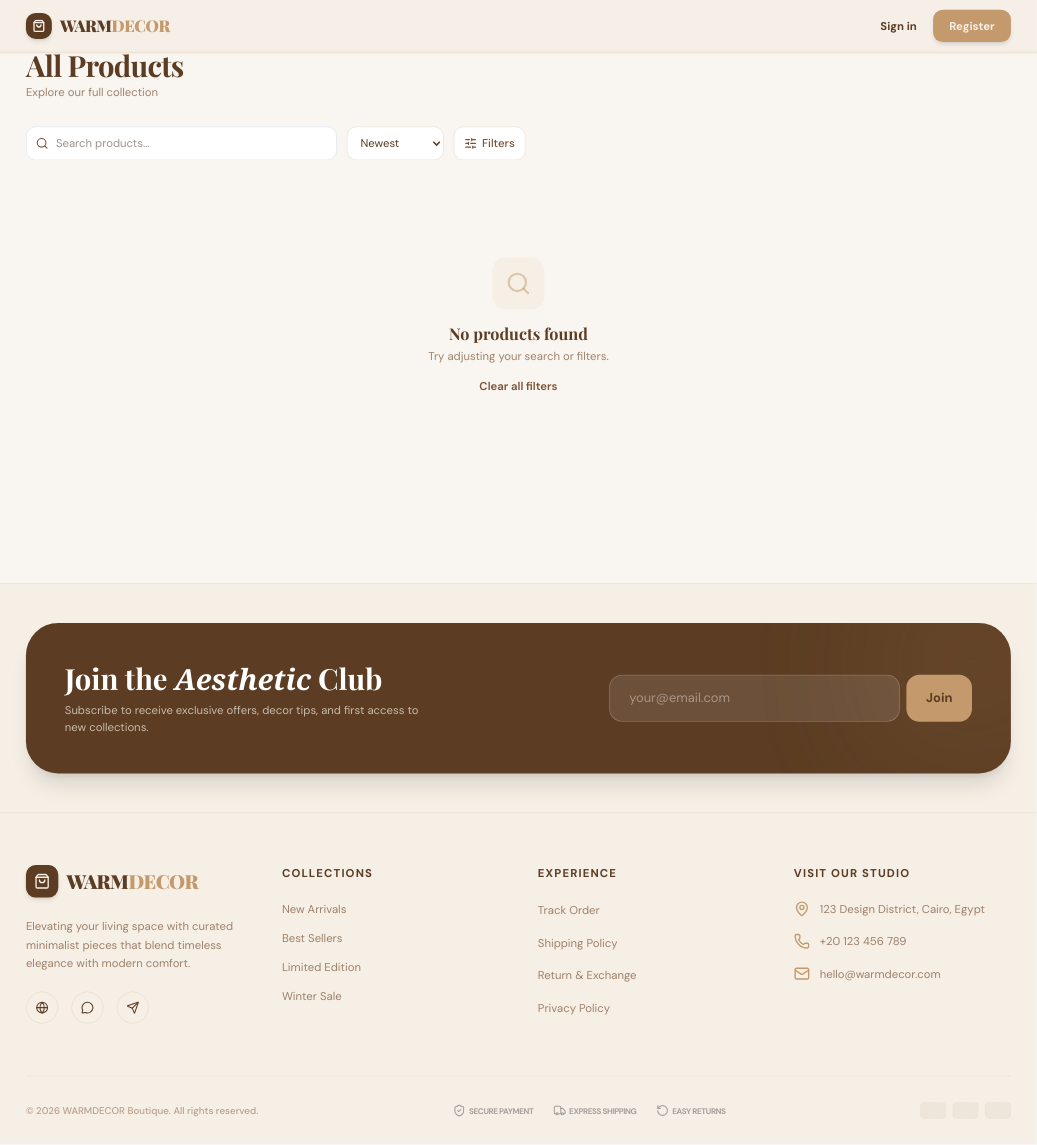
Repository: aml-abdelrhman/WARMDECOR
Page: /products
An editor plug-in stored every save of this project. The page is shown before and after the next save, followed by the edit.
The browser window is 1280 px wide. The pictures show the whole page, at 81% of full size.
The page's requests for data from a server got no answer. Some web fonts or font styles are not loaded; a fallback is used. The project was rebuilt for these pictures with package versions that can differ from the ones it lists, and the page was loaded fresh each time. Some packages were replaced by stand-ins written for this rebuild. The framework's server and built-in components were replaced by stand-ins that run in the browser. No one was signed in, and anything a server would have sent is missing. Also part of the build but not shown: next.config.mjs, src/components/ui/ProductCard.tsx.

Above is the page before, as saved 2026-04-23 20:34:18.

### src/app/layout.tsx
import type { Metadata } from "next";
import { Playfair_Display, DM_Sans, JetBrains_Mono } from "next/font/google";
import { Toaster } from "react-hot-toast";

import Providers from "@/components/Providers";
import Navbar from "@/components/layout/Navbar";
import Footer from "@/components/layout/Footer";
import "./globals.css";

// ─── Fonts ────────────────────────────────────────────────────────────────────

const displayFont = Playfair_Display({
  subsets:  ["latin"],
  variable: "--font-display",
  display:  "swap",
});

const bodyFont = DM_Sans({
  subsets:  ["latin"],
  variable: "--font-body",
  display:  "swap",
});

const monoFont = JetBrains_Mono({
  subsets:  ["latin"],
  variable: "--font-mono",
  display:  "swap",
  weight:   ["400", "600"],
});

// ─── Metadata ─────────────────────────────────────────────────────────────────

export const metadata: Metadata = {
  title: {
    default:  "WARMDECOR — Curated Minimalist Living",
    template: "%s | WARMDECOR",
  },
  description:
    "Elevating your living space with curated minimalist pieces that blend timeless elegance with modern comfort.",
  keywords: ["decor", "interior design", "minimalist", "egypt", "furniture"],
  authors:  [{ name: "WARMDECOR Team" }],
  icons:    { icon: "/favicon.ico" },
  openGraph: {
    type:        "website",
    siteName:    "WARMDECOR",
    title:       "WARMDECOR — Curated Minimalist Living",
    description: "Your one-stop destination for everything you love.",
  },
};

// ─── Layout ───────────────────────────────────────────────────────────────────

export default function RootLayout({
  children,
}: {
  children: React.ReactNode;
}) {
  return (
    <html
      lang="en"
      className={`${displayFont.variable} ${bodyFont.variable} ${monoFont.variable} overflow-x-hidden`}
      suppressHydrationWarning={true}
    >
      <body className="font-body bg-surface-secondary text-ink antialiased min-h-screen overflow-x-hidden" suppressHydrationWarning={true}>
        <Providers>
          <Navbar />
          <main className="min-h-[70vh]">
          {children}
          </main>
          <Footer />
        </Providers>

        <Toaster
          position="top-right"
          gutter={8}
          toastOptions={{
            duration: 3000,
            style: {
              background:   "#5C3D23",
              color:        "#f8fafc",
              borderRadius: "12px",
              fontSize:     "13px",
              fontWeight:   "500",
              padding:      "10px 14px",
              boxShadow:    "0 8px 32px 0 rgb(0 0 0 / 0.20)",
            },
            success: {
              iconTheme: { primary: "#16a34a", secondary: "#f8fafc" },
            },
            error: {
              iconTheme: { primary: "#dc2626", secondary: "#f8fafc" },
            },
          }}
        />
      </body>
    </html>
  );
}

### src/app/products/page.tsx
"use client";
import { useState, useCallback, useEffect, useMemo, Suspense } from "react";
import { useQuery } from "@tanstack/react-query";
import { useSearchParams, useRouter } from "next/navigation";
import toast from "react-hot-toast";
import {
  Search,
  SlidersHorizontal,
  X,
  ChevronLeft,
  ChevronRight,
} from "lucide-react";

import {
  getProductsApi,
  getCategoriesApi,
} from "@/features/products/products.api";
import { getWishlistApi, getCartApi } from "@/features/cart/cart.api";
import ProductCard from "@/components/ui/ProductCard";
import { useProductActions } from "@/hooks/use-product-actions";
import {
  QUERY_KEYS,
  DEFAULT_PAGE_SIZE,
  SEARCH_DEBOUNCE_MS,
  ROUTES,
} from "@/constants/app";
import { useDebounce } from "@/hooks/useDebounce";
import type { ProductsQueryParams, SortOption } from "@/types";
import { useAuthStore } from "@/store/auth.store";
import { cn } from "@/lib/utils";

// ─── Sort options ─────────────────────────────────────────────────────────────

const SORT_OPTIONS: { label: string; value: SortOption }[] = [
  { label: "Newest", value: "-createdAt" },
  { label: "Price: Low", value: "price" },
  { label: "Price: High", value: "-price" },
  { label: "Top Rated", value: "-ratingsAverage" },
  { label: "Best Selling", value: "-sold" },
];

// ─── Skeleton ─────────────────────────────────────────────────────────────────

function ProductSkeleton() {
  return (
    <div className="rounded-2xl border border-[#ede4d8] overflow-hidden bg-[#f5efe6] animate-pulse">
      <div className="aspect-square bg-shimmer bg-[length:200%_100%] animate-shimmer" />
      <div className="p-3.5 space-y-2.5">
        <div className="h-2.5 w-16 bg-[#ede4d8] rounded-full" />
        <div className="h-3.5 w-full bg-[#ede4d8] rounded-full" />
        <div className="h-3.5 w-2/3 bg-[#ede4d8] rounded-full" />
        <div className="h-4 w-20 bg-[#ede4d8] rounded-full mt-3" />
      </div>
    </div>
  );
}

// ─── Component ────────────────────────────────────────────────────────────────

export default function ProductsPage() {
  return (
    <Suspense fallback={<div className="min-h-screen bg-[#f9f5f0] flex items-center justify-center">Loading products...</div>}>
      <ProductsContent />
    </Suspense>
  );
}

function ProductsContent() {
  const router = useRouter();
  const searchParams = useSearchParams();
  const queryKeyword = searchParams.get("keyword") || "";
  const user = useAuthStore((s) => s.user);
  const isAuthenticated = !!user;

  const [page, setPage] = useState(1);
  const [sort, setSort] = useState<SortOption>("-createdAt");
  const [searchInput, setSearchInput] = useState(queryKeyword);
  const [categoryId, setCategoryId] = useState<string | undefined>(undefined);
  const [showFilters, setShowFilters] = useState(false);

  // استدعاء الـ Hook الخاص بالعمليات (Cart & Wishlist)
  const { addToCart, toggleWishlist } = useProductActions();

  const debouncedSearch = useDebounce(searchInput, SEARCH_DEBOUNCE_MS);

  useEffect(() => {
    const nextParams = new URLSearchParams();
    if (debouncedSearch) nextParams.set("keyword", debouncedSearch);
    if (categoryId) nextParams.set("category", categoryId);
    if (sort !== "-createdAt") nextParams.set("sort", sort);
    if (page > 1) nextParams.set("page", page.toString());

    const queryString = nextParams.toString();
    if (queryString !== searchParams.toString()) {
      router.replace(
        `${ROUTES.products}${queryString ? `?${queryString}` : ""}`,
        {
          scroll: false,
        },
      );
    }
    // eslint-disable-next-line react-hooks/exhaustive-deps
  }, [debouncedSearch, categoryId, sort, page, router, searchParams]);

  useEffect(() => {
    const urlKeyword = searchParams.get("keyword") || "";
    const urlCategory = searchParams.get("category") || undefined;

    if (urlKeyword !== searchInput) setSearchInput(urlKeyword);
    if (urlCategory !== categoryId) setCategoryId(urlCategory);
  }, [searchParams, searchInput, categoryId]);

  // Reset page whenever filters change
  const resetPage = useCallback(() => setPage(1), []);

  const params: ProductsQueryParams = {
    page,
    limit: DEFAULT_PAGE_SIZE,
    sort,
    ...(categoryId && { category: categoryId }),
  };

  // ── Queries ──

  const { data: productsData, isLoading: loadingProducts } = useQuery({
    queryKey: QUERY_KEYS.products(params),
    queryFn: () => getProductsApi(params),
    placeholderData: (prev) => prev,
  });

  const { data: categories } = useQuery({
    queryKey: QUERY_KEYS.categories,
    queryFn: getCategoriesApi,
    staleTime: Infinity,
  });

  // جلب بيانات المفضلة إذا كان المستخدم مسجل دخوله
  const { data: wishlistData } = useQuery({
    queryKey: ["wishlist"],
    queryFn: getWishlistApi,
    enabled: isAuthenticated,
  });

  // جلب بيانات السلة للتحقق من وجود المنتج مسبقاً ومنع التكرار
  const { data: cartData } = useQuery({
    queryKey: ["cart"],
    queryFn: getCartApi,
    enabled: isAuthenticated,
  });

  const products = useMemo(() => productsData?.data ?? [], [productsData?.data]);
  const totalPages = productsData?.totalPages ?? 1;

  // ── منطق البحث المحلي (Client-side Search) ──
  const filteredProducts = useMemo(() => {
    const term = searchInput.toLowerCase().trim();
    if (!term) return products;

    return products.filter((product: { title: string; subject?: string }) => {
      const titleMatch = product.title?.toLowerCase().includes(term);
      const subjectMatch = product.subject?.toLowerCase().includes(term);
      return titleMatch || subjectMatch;
    });
  }, [products, searchInput]);

  // تحويل قائمة المفضلة إلى مصفوفة IDs للتحقق السريع
  const wishlistedIds = new Set(
    wishlistData?.data?.map((item: { _id: string; product?: { _id: string } }) => item.product?._id || item._id) || [],
  );

  // تحويل قائمة السلة إلى مصفوفة IDs
  const cartIds = new Set(
    cartData?.data?.products?.map(
      (item: { product: string | { _id: string } }) => typeof item.product === 'string' ? item.product : item.product?._id,
    ) || [],
  );

  // ── Handlers ──

  function handleCategoryChange(id: string | undefined) {
    setCategoryId(id);
    resetPage();
  }

  function handleSortChange(value: SortOption) {
    setSort(value);
    resetPage();
  }

  function handleSearchChange(e: React.ChangeEvent<HTMLInputElement>) {
    const val = e.target.value;
    setSearchInput(val);
    // إذا أردت السماح بالبحث داخل القسم الحالي، احذف السطر أعلاه.
    // أما إذا أردت البحث العام كما هو الآن، فاتركه.
    resetPage();
  }

  return (
    <div className="min-h-screen bg-[#f9f5f0]">
      <div className="max-w-7xl mx-auto px-4 sm:px-6 lg:px-8 py-15">
        {/* ── Page Header ── */}
        <div className="mb-8 animate-fade-in">
          <h1 className="font-display text-4xl font-bold text-[#5c3d23] tracking-tight">
            All Products
          </h1>
          <p className="text-[#7b5235]/70 text-sm mt-1">
            {productsData?.results !== undefined
              ? `${filteredProducts.length} products found`
              : "Explore our full collection"}
          </p>
        </div>

        {/* ── Search + Filter bar ── */}
        <div
          className="flex items-center gap-3 mb-6 animate-fade-in"
          style={{ animationDelay: "60ms" }}
        >
          {/* Search */}
          <div className="relative flex-1 max-w-sm">
            <Search className="absolute left-3 top-1/2 -translate-y-1/2 w-4 h-4 text-ink-tertiary pointer-events-none" />
            <input
              type="search"
              value={searchInput}
              onChange={handleSearchChange}
              placeholder="Search products…"
              className="
                w-full pl-9 pr-4 py-2.5 rounded-xl border border-border bg-surface
                text-sm text-ink placeholder:text-ink-disabled
                outline-none focus:ring-2 focus:ring-brand-400 focus:border-brand-400
                transition-all duration-150
              "
            />
            {searchInput && (
              <button
                onClick={() => {
                  setSearchInput("");
                  resetPage();
                }}
                className="absolute right-3 top-1/2 -translate-y-1/2 text-ink-tertiary hover:text-ink transition-colors"
              >
                <X className="w-3.5 h-3.5" />
              </button>
            )}
          </div>

          {/* Sort */}
          <select
            value={sort}
            onChange={(e) => handleSortChange(e.target.value as SortOption)}
            className="
              px-3 py-2.5 rounded-xl border border-[#ede4d8] bg-white
              text-sm text-[#5c3d23] outline-none
              focus:ring-2 focus:ring-[#c49a6c]/20 focus:border-[#c49a6c]
              transition-all duration-150 cursor-pointer
            "
          >
            {SORT_OPTIONS.map((o) => (
              <option key={o.value} value={o.value}>
                {o.label}
              </option>
            ))}
          </select>

          {/* Filter toggle (mobile) */}
          <button
            onClick={() => setShowFilters((p) => !p)}
            className={cn(
              "flex items-center gap-1.5 px-3 py-2.5 rounded-xl border text-sm font-medium transition-all duration-150",
              showFilters
                ? "bg-[#5c3d23] border-[#5c3d23] text-white"
                : "bg-white border-[#ede4d8] text-[#7b5235] hover:border-[#c49a6c]",
            )}
          >
            <SlidersHorizontal className="w-4 h-4" />
            <span className="hidden sm:inline">Filters</span>
          </button>
        </div>

        {/* ── Category filters ── */}
        {showFilters && (
          <div className="flex flex-wrap gap-2 mb-6 animate-fade-in">
            <button
              onClick={() => handleCategoryChange(undefined)}
              className={cn(
                "px-3.5 py-1.5 rounded-full text-xs font-semibold border transition-all duration-150",
                categoryId === undefined
                  ? "bg-[#5c3d23] border-[#5c3d23] text-white shadow-md"
                  : "bg-white border-[#ede4d8] text-[#7b5235] hover:border-[#c49a6c]",
              )}
            >
              All
            </button>
            {categories?.map((cat) => (
              <button
                key={cat._id}
                onClick={() => handleCategoryChange(cat._id)}
                className={cn(
                  "px-3.5 py-1.5 rounded-full text-xs font-semibold border transition-all duration-150",
                  categoryId === cat._id
                    ? "bg-[#5c3d23] border-[#5c3d23] text-white shadow-md"
                    : "bg-white border-[#ede4d8] text-[#7b5235] hover:border-[#c49a6c]",
                )}
              >
                {cat.name}
              </button>
            ))}
          </div>
        )}

        {/* ── Grid ── */}
        {loadingProducts ? (
          <div className="grid grid-cols-2 sm:grid-cols-3 lg:grid-cols-4 gap-4">
            {Array.from({ length: DEFAULT_PAGE_SIZE }).map((_, i) => (
              <ProductSkeleton key={i} />
            ))}
          </div>
        ) : products.length === 0 ? (
          <div className="flex flex-col items-center justify-center py-24 text-center animate-fade-in">
            <div className="w-16 h-16 rounded-2xl bg-[#f5efe6] flex items-center justify-center mb-4">
              <Search className="w-8 h-8 text-[#c49a6c]/50" />
            </div>
            <h3 className="font-display text-xl font-bold text-[#5c3d23] mb-1">
              No products found
            </h3>
            <p className="text-[#7b5235]/70 text-sm">
              Try adjusting your search or filters.
            </p>
            <button
              onClick={() => {
                setSearchInput("");
                setCategoryId(undefined);
                resetPage();
              }}
              className="mt-4 text-sm text-[#7b5235] hover:text-[#5c3d23] font-semibold transition-colors"
            >
              Clear all filters
            </button>
          </div>
        ) : (
          <div className="grid grid-cols-2 sm:grid-cols-3 lg:grid-cols-4 gap-4">
            {filteredProducts.map((product, i) => (
              <div
                key={product._id}
                className="animate-fade-in"
                style={{ animationDelay: `${Math.min(i * 40, 400)}ms` }}
              >
                <ProductCard
                  product={product}
                  onAddToCart={() => {
                    if (!isAuthenticated) {
                      router.push(ROUTES.login);
                      return;
                    }
                    if (cartIds.has(product._id)) {
                      toast.error("Product is already in your cart!");
                      return;
                    }
                    // تأكد من تمرير المعرف بالشكل الذي يتوقعه الـ Hook (غالباً كـ string أو كائن)
                    addToCart.mutate(product._id, {
                      onSuccess: () => toast.success("Added to cart successfully!"),
                      onError: () => toast.error("Failed to add to cart.")
                    });
                  }}
                  onToggleWish={() => {
                    if (!isAuthenticated) {
                      router.push(ROUTES.login);
                      return;
                    }
                    toggleWishlist.mutate({
                      id: product._id,
                      isWishlisted: wishlistedIds.has(product._id),
                    });
                  }}
                  isWishlisted={wishlistedIds.has(product._id)}
                />
              </div>
            ))}
          </div>
        )}

        {/* ── Pagination ── */}
        {totalPages > 1 && (
          <div className="flex items-center justify-center gap-2 mt-10 animate-fade-in">
            <button
              onClick={() => setPage((p) => Math.max(1, p - 1))}
              disabled={page === 1}
              className="w-9 h-9 rounded-xl border border-[#ede4d8] bg-[#f5efe6] flex items-center justify-center text-[#5c3d23] hover:border-[#c49a6c] disabled:opacity-40 disabled:cursor-not-allowed transition-all"
            >
              <ChevronLeft className="w-4 h-4" />
            </button>

            {Array.from({ length: totalPages }, (_, i) => i + 1)
              .filter(
                (p) => p === 1 || p === totalPages || Math.abs(p - page) <= 1,
              )
              .reduce<(number | "…")[]>((acc, p, idx, arr) => {
                if (idx > 0 && (arr[idx - 1] as number) < p - 1) acc.push("…");
                acc.push(p);
                return acc;
              }, [])
              .map((p, i) =>
                p === "…" ? (
                  <span
                    key={`ellipsis-${i}`}
                    className="w-9 text-center text-sm text-[#c49a6c]"
                  >
                    …
                  </span>
                ) : (
                  <button
                    key={p}
                    onClick={() => setPage(p as number)}
                    className={cn(
                      "w-9 h-9 rounded-xl text-sm font-semibold border transition-all duration-150",
                      page === p
                        ? "bg-[#5c3d23] border-[#5c3d23] text-white shadow-md"
                        : "bg-[#f5efe6] border-[#ede4d8] text-[#7b5235] hover:border-[#c49a6c]",
                    )}
                  >
                    {p}
                  </button>
                ),
              )}

            <button
              onClick={() => setPage((p) => Math.min(totalPages, p + 1))}
              disabled={page === totalPages}
              className="w-9 h-9 rounded-xl border border-[#ede4d8] bg-[#f5efe6] flex items-center justify-center text-[#5c3d23] hover:border-[#c49a6c] disabled:opacity-40 disabled:cursor-not-allowed transition-all"
            >
              <ChevronRight className="w-4 h-4" />
            </button>
          </div>
        )}
      </div>
    </div>
  );
}

### src/components/Providers.tsx
"use client";

import { useState } from "react";
import { QueryClient, QueryClientProvider } from "@tanstack/react-query";
import { ReactQueryDevtools } from "@tanstack/react-query-devtools";

// ─── Query client config ──────────────────────────────────────────────────────

function makeQueryClient() {
  return new QueryClient({
    defaultOptions: {
      queries: {
        staleTime:            60 * 1000,
        gcTime:               5 * 60 * 1000,
        retry:                1,
        refetchOnWindowFocus: false,
      },
    },
  });
}

let browserQueryClient: QueryClient | undefined;

function getQueryClient() {
  if (typeof window === "undefined") return makeQueryClient();
  if (!browserQueryClient) browserQueryClient = makeQueryClient();
  return browserQueryClient;
}

// ─── Component ────────────────────────────────────────────────────────────────

export default function Providers({ children }: { children: React.ReactNode }) {
  const [queryClient] = useState(() => getQueryClient());

  return (
    <QueryClientProvider client={queryClient}>
      <main>{children}</main>
      {process.env.NODE_ENV === "development" && (
        <ReactQueryDevtools initialIsOpen={false} />
      )}
    </QueryClientProvider>
  );
}

### src/app/globals.css
@import "tailwindcss";

@theme {
  --color-brand-50: #FAF7F2;
  --color-brand-100: #F5EFE6;
  --color-brand-400: #D4AA7C;
  --color-brand-500: #C49A6C;
  --color-brand-600: #7B5235;
  --color-brand-700: #5C3D23;

  --color-ink: #3D2918;
  --color-ink-secondary: #5C3D23;
  --color-ink-tertiary: #7B5235;
  --color-ink-inverse: #ffffff;

  --color-surface: #ffffff;
  --color-surface-secondary: #f8fafc;
  --color-surface-tertiary: #f1f5f9;

  --color-border: #e2e8f0;

  --font-display: var(--font-display);
  --font-body: var(--font-body);
  --font-mono: var(--font-mono);

  --animate-fade-in: fade-in 0.5s ease-out forwards;
  --animate-shimmer: shimmer 2s linear infinite;

  @keyframes fade-in {
    0% { opacity: 0; transform: translateY(10px); }
    100% { opacity: 1; transform: translateY(0); }
  }
  @keyframes shimmer {
    100% { transform: translateX(100%); }
  }
}

.bg-gradient-brand {
  background: linear-gradient(to right, var(--color-brand-600), var(--color-brand-500));
}

.shadow-brand {
  box-shadow: 0 10px 15px -3px rgba(37, 99, 235, 0.2), 0 4px 6px -2px rgba(37, 99, 235, 0.1);
}

.bg-shimmer {
  background: linear-gradient(90deg, var(--color-surface-tertiary) 0%, var(--color-border) 50%, var(--color-surface-tertiary) 100%);
  background-size: 200% 100%;
  animation: shimmer 2s linear infinite;
}

### src/hooks/useDebounce.ts
import { useState, useEffect } from "react";

/**
 * Delays updating the returned value until `delay` ms have passed
 * without the input changing. Cleans up the timer on unmount.
 */
export function useDebounce<T>(value: T, delay: number): T {
  const [debounced, setDebounced] = useState<T>(value);

  useEffect(() => {
    const timer = setTimeout(() => setDebounced(value), delay);
    return () => clearTimeout(timer);
  }, [value, delay]);

  return debounced;
}

Loaded but not shown: src/components/layout/Navbar.tsx (270 lines, source omitted); src/components/layout/Footer.tsx (155 lines, source omitted); src/hooks/use-product-actions.ts (113 lines, source omitted); src/constants/app.ts (81 lines, source omitted); src/lib/axios.ts (81 lines, source omitted); src/features/products/products.api.ts (66 lines, source omitted); src/lib/utils.ts (67 lines, source omitted); src/store/auth.store.ts (68 lines, source omitted); src/features/cart/cart.api.ts (55 lines, source omitted)

After the next save:
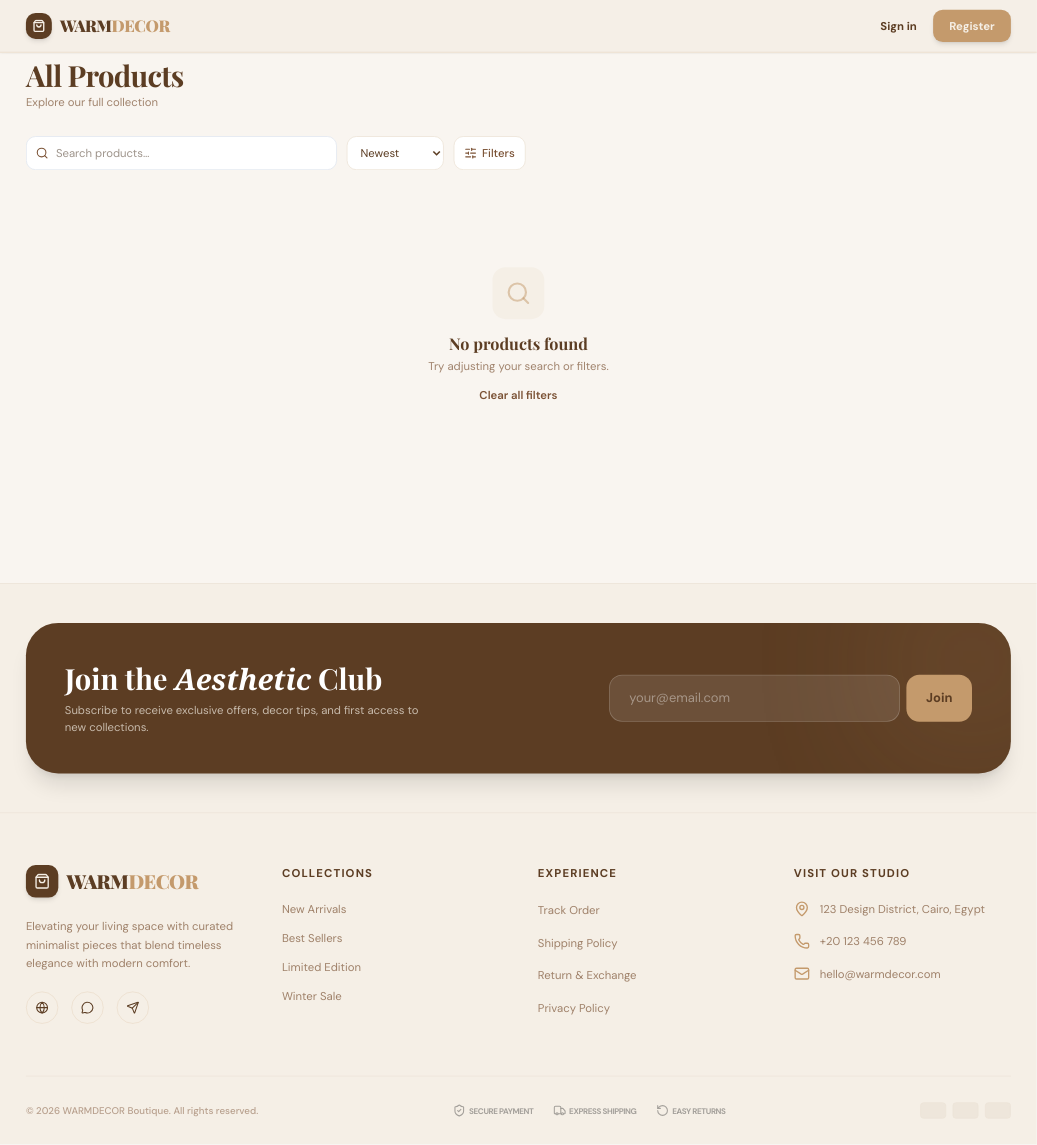
Saved 6 s later.
--- a/src/app/products/page.tsx
+++ b/src/app/products/page.tsx
@@ -197,7 +197,7 @@ function ProductsContent() {
 
   return (
     <div className="min-h-screen bg-[#f9f5f0]">
-      <div className="max-w-7xl mx-auto px-4 sm:px-6 lg:px-8 py-15">
+      <div className="max-w-7xl mx-auto px-4 sm:px-6 lg:px-8 py-18">
         {/* ── Page Header ── */}
         <div className="mb-8 animate-fade-in">
           <h1 className="font-display text-4xl font-bold text-[#5c3d23] tracking-tight">
